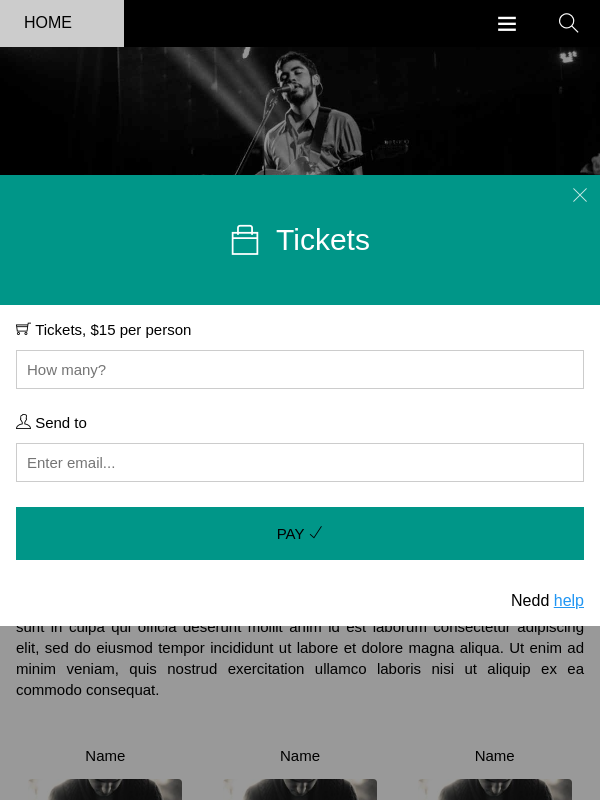
Repository: Thanhtrunghoang123/the-band
Page: index.html
The author's editor kept a copy of each file at every save. The page is drawn from the files as they stood at one save, then again after the next save.
The browser window is 600 px wide. The pictures show the window.
A layer covers the whole window, so only the first screen is drawn.

Above is the page before, as saved 2022-07-28 06:43:11.

### index.html
<!DOCTYPE html>
<html lang="en">
<head>
    <meta charset="UTF-8">
    <meta http-equiv="X-UA-Compatible" content="IE=edge">
    <meta name="viewport" content="width=device-width, initial-scale=1.0">
    <title>The Band</title>
    <link rel="icon" href="https://upload.wikimedia.org/wikipedia/commons/thumb/f/fb/Logo_of_Blackpink.svg/2560px-Logo_of_Blackpink.svg.png" type="image/x-icon" />
    <link rel="stylesheet" href="./assest/css/style.css">
    <link rel="stylesheet" href="./assest/css/responsive.css">
    <link rel="stylesheet" href="./assest/fonts/themify-icons/themify-icons.css">



</head>
<body>
    <div id="main">
        <div id="header">
            <!-- Begin: Nav -->
            <ul id="nav">
                <li><a href="#">Home</a></li>
                <li><a href="#band">Band</a></li>
                <li><a href="#tour">Tour</a></li>
                <li><a href="#contact">Contact</a></li>
                <li>
                    <a href="#">
                        More
                        <i class=" nav-arrow-down ti-angle-down"></i>

                    </a>
                    <ul class="subnav">
                        <li><a href="#">Merchandise</a></li>
                        <li><a href="#">Extras</a></li>
                        <li><a href="#">Media</a></li>
                    </ul>
                </li>
            </ul>
            <!-- End: Nav -->

            <!-- Begin: Search button -->
            <div class="search-btn">
                <i class=" search-icon ti-search"></i>
            </div>

            <div id="mobile-menu" class="mobile-menu-btn">
                <i class=" menu-icon ti-menu"></i>
            </div>
            <!-- End: Search button -->



        </div>

        <div id="slider">
            <div class="text-content">
                <h2 class="text-heading">Chicago</h2>
                <div class="text-description">Thank you, Chicago - A night we won't forget.</div>

            </div>
        </div>

        <div id="content">
            <!-- About section -->
            <div  id="band" class="content-section">
                <h2 class="section-heading">THE BAND</h2>
                <p class="section-sub-heading">We love music</p>
                <p class="about-text">We have created a fictional band website. Lorem ipsum dolor sit amet, consectetur adipiscing elit, sed do eiusmod tempor incididunt ut labore et dolore magna aliqua. Ut enim ad minim veniam, quis nostrud exercitation ullamco laboris nisi ut aliquip ex ea commodo consequat. Duis aute irure dolor in reprehenderit in voluptate velit esse cillum dolore eu fugiat nulla pariatur. Excepteur sint occaecat cupidatat non proident, sunt in culpa qui officia deserunt mollit anim id est laborum consectetur adipiscing elit, sed do eiusmod tempor incididunt ut labore et dolore magna aliqua. Ut enim ad minim veniam, quis nostrud exercitation ullamco laboris nisi ut aliquip ex ea commodo consequat.</p>
                <div class="row members-list">
                    <div class="text-center col col-third">
                        <p class="member-name">Name</p>
                        <img src="./assest/img/band/member1.jpg" alt="Name" class="member-img">
                    </div>
                    <div class="text-center col col-third">
                        <p class="member-name">Name</p>
                        <img src="./assest/img/band/member1.jpg" alt="Name" class="member-img">
                    </div>
                    <div class="text-center col col-third">
                        <p class="member-name">Name</p>
                        <img src="./assest/img/band/member1.jpg" alt="Name" class="member-img">
                    </div>
                    <div class="clear"></div>
                </div>
            </div>
            <!-- Tour section -->
            <div id="tour" class="tour-section">
                <div class="content-section">
                    <h2 class="section-heading text-white">TOUR DATES</h2>
                    <p class="section-sub-heading text-white">Remember to book your tickets!</p>

                    <!-- Tickets  -->
                    <ul class="tickets-list">
                        <li>September <span class="sold-out">Sold out</span></li>
                        <li>October <span class="sold-out">Sold out</span></li>
                        <li>November <span class="quantity">3</span></li>
                    </ul>
                    <!-- places -->
                    <div class=" row place-list">
                        <div class="col col-third">
                            <img src="./assest/img/places/place1.jpg" alt="img" class="place-img">
                            <div class="place-body">
                                <h3 class="place-heading">New York</h3>
                                <p class="place-time">Fri 27 Nov 2022</p>
                                <p class="place-desc">Praesent tincidunt sed tellus ut rutrum sed vitae justo.</p>
                                <button  class="btn js-buy-ticket">Buy Tickets</button>
                            </div>
                        </div>

                        <div class=" col col-third">
                            <img src="./assest/img/places/place2.jpg" alt="img" class="place-img">
                            <div class="place-body">
                                <h3 class="place-heading">Paris</h3>
                                <p class="place-time">Sat 28 Nov 2022</p>
                                <p class="place-desc">Praesent tincidunt sed tellus ut rutrum sed vitae justo.</p>
                                <button  class="btn js-buy-ticket">Buy Tickets</button>
                            </div>
                        </div>

                        <div class=" col col-third">
                            <img src="./assest/img/places/place3.jpg" alt="img" class="place-img">
                            <div class="place-body">
                                <h3 class="place-heading">San Francisco</h3>
                                <p class="place-time">Sun 29 Nov 2022</p>
                                <p class="place-desc">Praesent tincidunt sed tellus ut rutrum sed vitae justo.</p>
                                <button  class="btn js-buy-ticket">Buy Tickets</button>
                            </div>
                        </div>
                        <div class="clear"></div>
                    </div>
                </div>

            </div>
            <!-- Begin: Contact section -->
            <div id="contact" class="content-section">
                <h2 class="section-heading">CONTACT</h2>
                <p class="section-sub-heading">Fan? Drop a note!</p>

                <div class="row contact-content">
                    <div class="col col-half contact-info">
                        <p><i class="ti-location-pin"></i> Chicago, US</p>
                        <p><i class="ti-mobile"></i> +00 151515</p>
                        <p><i class="ti-email"></i> Email: mail@mail.com</p>
                    </div>

                    <div class="col col-half contact-form">
                        <form action="">
                            <div class="row">
                                <div class="col col-half">
                                    <input type="text" name="" placeholder="Name" required id="" class="form-control">
                                </div>

                                <div class="col col-half">
                                    <input type="email" name="" placeholder="Email" required id="" class="form-control">
                                </div>

                            </div>
                            <div class="row mt-8">
                                <div class="col col-full">
                                    <input type="text" name="" placeholder="Message" required class="form-control">
                                </div>
                            <input class=" pull-right btn mt-16" type="submit" value="Send">
                        </form>
                    </div>
                </div>
            </div>
        </div>
         <!-- End: Contact section -->,
         <div class="map-section">
            <img src="./assest/img/map/map.jpg" alt="Map">
        </div>
        <div id="footer">
            <div class="socials">
                <a href=""><i class="ti-facebook"></i></a>
                <a href=""><i class="ti-instagram"></i></a>
                <a href=""><i class="ti-github"></i></a>
                <a href=""><i class="ti-pinterest"></i></a>
                <a href=""><i class="ti-twitter-alt"></i></a>
                <a href=""><i class="ti-linkedin"></i></a>
            </div>

            <p class="copyright">Powered by<a href="https://www.w3schools.com/w3css/tryw3css_templates_band.htm">w3.css</a></p>

        </div>

        </div>
    </div>
    <div class="modal open js-modal">
        <div class="modal-container js-modal-container">
            <div class="modal-close js-modal-close">
                <i class="ti-close"></i>
            </div>

            <header class="modal-header">
                <i class=" modal-heading-icon ti-bag"></i>
                Tickets
            </header>

            <div class="modal-body">
                <label for="" class="modal-label">
                    <i class="ti-shopping-cart"></i>
                    Tickets, $15 per person
                </label>
                <input type="text" class="modal-input" placeholder="How many?">

                <label for="" class="modal-label">
                    <i class="ti-user"></i>
                    Send to
                </label>
                <input type="text" class="modal-input" placeholder="Enter email...">

                <button id="buy-tickets">
                    Pay <i class="ti-check"></i>

                </button>
            </div>

            <footer class="modal-footer">
                <p class="modal-help">Nedd <a href="">help</a></p>
            </footer>
        </div>
    </div>
    <script>
         // Tạo biến const trỏ vào element để thực hiện hành vi.
         const buyBtns = document.querySelectorAll ('.js-buy-ticket')
         const modal = document.querySelector('.modal')
         const modalContainer = document.querySelector('.js-modal-container')
         const modalClose = document.querySelector('.js-modal-close')

         function showBuyTickets() {
            // Hàm hiện thị mua vé (add class 'open' vào element được Modal trỏ vào.)
            modal.classList.add('open')
         }

         function hideBuyTickets() {
            // Hàm gỡ bỏ class=modal remove class 'open' vào element được ticketModal trỏ vào.
            modal.classList.remove('open')
         }

          // Vì có nhiều element cần kiểm tra event, nên dùng biến con buyBtn để duyệt các element class "buyBtns"
        //   lặp từng thẻ button  và nghe hành vi click
         for (const buyBtn of buyBtns) {
          // Duyệt qua mỗi element, lắng nghe event của người dùng và gọi đến hàm cần thực hiện.
          buyBtn.addEventListener('click', showBuyTickets)
         }

        //  Nghe hành vi click vào nút button close
         modalClose.addEventListener('click', hideBuyTickets)

         modal.addEventListener('click' ,hideBuyTickets)

         modalContainer.addEventListener('click',function(event) {
            event.stopPropagation()
        })
    </script>

    <script>
        var header = document.getElementById('header');
        var mobileMenu = document.getElementById('mobile-menu');
        var headerHeight = header.clientHeight;
    // dong mo mobile menu
    mobileMenu.onclick = function() {
        var isClosed = header.clientHeight == headerHeight ;
        if (isClosed) {
            header.style.height = 'auto' ;
        } else {
            header.style.height = null ;
        }
    }

    //Tự động đóng khi chọn menu
    var menuItems = document.querySelectorAll('#nav li a[href*="#"]');
    for( var i=0 ; i<menuItems.length ; i++) {
        var menuItem = menuItems[i];

        menuItem.onclick = function () {
            header.style.height = null ;

        }

    }



    </script>
</body>
</html>

### assest/css/style.css
*{
    margin: 0;
    padding: 0;
    box-sizing: border-box;
}

html{
    scroll-behavior: smooth;
    font-family: Arial, Helvetica, sans-serif;
}

.text-white{
    color: #fff !important;
}


.clear{
    clear: both;
}

.text-center {
    text-align: center !important;
}

.btn{
    color: #fff;
    background-color: #000;
    text-decoration: none;
    padding: 11px 16px;
    display: inline-block;
    margin-top: 15px;
    border:none;
}

.pull-right {
    float:right !important;
}

.btn:hover{
    cursor: pointer;
    color: #000;
    background-color: #ccc;
}

.row{
    margin-left: -8px;
    margin-right: -8px;
}

.row::after {
    content: "";
    display: block;
    clear: both;
}

.col {
    float: left;
    padding-right: 8px;
    padding-left: 8px;
}

.col-full{
    width: 100%;
}

.col-half {
    width: 50%;
}

.col-third {
    width: calc(100%/3);
}

.mt-8 {
    margin-top: 8px !important;
}

.mt-16{
    margin-top: 16px !important;
}
#main{

}

#header{
    height: 46.5px;
    background-color: #000;
    position: fixed;
    top: 0;
    left: 0;
    right: 0;
    z-index: 1;
    overflow:hidden;
}
#nav {
    display: inline-block;
}
#nav , .subnav{
    list-style: none;
}
#nav > li{
    display: inline-block;
}

#nav li{
    position: relative;
}

#nav > li > a {
    color: #fff;
    text-transform: uppercase;
}
#nav li a{
    text-decoration: none;
    line-height: 46.5px;
    padding: 0px 24px;
    display: block;
}

#nav li:hover .subnav{
    display: block;
}
#nav > li:hover > a,
#nav .subnav li:hover a{
    color: #000;
    background-color: #ccc;
}

#nav .subnav{
    display: none;
    position: absolute;
    top: 100%;
    background-color: #fff;
    box-shadow: 0 0 10px rgba(0 , 0 , 0 ,0.3);
}
#nav .subnav a{
    color: #000;
    min-width: 160px;
    padding:  0px 12px;
    line-height: 38.5px;
}
#nav .nav-arrow-down{
    font-size: 14px;
}

#header .mobile-menu-btn,
#header .search-btn{
    float:right;
    padding: 0 21px;
}

#header .search-btn:hover {
    background-color: #f44336;
    cursor: pointer;
}

#header .mobile-menu-btn:hover {
   background-color:#ccc ;
}

#header .mobile-menu-btn:hover .menu-icon {
    color:#000;
 }


#header .menu-icon ,
#header .search-icon {
    color: #fff;
    font-size: 20px;
    line-height: 46.5px;
}

#slider{
    position: relative;
    margin-top: 46px;
    padding-top:50%;
    background: url(/assest/img/slider/chicago.jpg) top center /cover no-repeat;
}

#slider .text-content{
    position: absolute;
    bottom: 0;
    color: #fff;
    /* cách căn giữa 1 */
    /* left: 50%;
    transform: translateX(-50%); */
    /* Cách căn giữa 2 */
    width: 100%;
    text-align: center;
}

#slider .text-heading{
    font-weight: 500 ;
    font-size: 24px;
}

#slider .text-description{
    font-size: 15px;
    margin-top: 25px;
}

#content{

}

#content .content-section{
    width: 800px;
    max-width: 100%;
    margin-left: auto;
    margin-right: auto;
    padding: 64px 0 112px;
    padding-left: 16px;
    padding-right: 16px;
}

#content .section-heading{
    font-size: 30px;
    font-weight: 500;
    text-align: center;
    letter-spacing:  4px;
}

#content .section-sub-heading{
    font-size: 15px;
    text-align: center;
    margin-top: 25px;
    font-style: italic;
    opacity: 0.6;

}

#content .about-text{
    font-size: 15px;
    margin-top: 25px;
    text-align: justify;
    line-height: 1.4;

}

#content .members-list{
    margin-top: 47px;
    /* display: flex; */
    overflow: hidden;
}



#content .member-name{
    font-size: 15px;
}

#content .member-img{
    width: 154px;
    margin-top: 15px;
    border-radius: 4px;
}
/* Tour section  */
.tour-section{
    background-color: #000;
}

.tickets-list{
    background-color: #fff;
    margin-top: 40px;
}

.tickets-list li {
    color: #757575;
    font-size: 15px;
    padding: 11px 16px;
    border-bottom: 1px solid #ddd;
    list-style: none;
}

.tickets-list .sold-out{
    background-color: #f44336;
    color: #fff ;
    padding: 3px 4px;
    margin-left: 16px;
}

.tickets-list .quantity{
    float: right;
    width: 24px;
    height: 24px;
    background-color: #000;
    color: #fff;
    border-radius: 50%;
    text-align: center;
    line-height: 24px;
    margin-top: -3px;

}
/* Places */
.place-list{
    margin-top: 32px;

}


.place-img{
    width: 100%;
    display: block;
}

.place-img:hover{
    opacity: 0.6;
}

.place-body{
    padding: 16px;
    font-size: 15px;
    background-color: #fff;
}

.place-heading{
    font-size: 15px;
    font-weight: 600;

}

.place-time{
    margin-top: 15px;
    color: #757575;
}

.place-desc{
    margin-top: 15px;
    line-height: 1.4;
}



/* Contact Form */
.contact-content {
    margin-top: 48px;
}

.contact-info {
    font-size: 18px;
}

.contact-info i [class*="ti-"] {
    width: 30px;
    display: inline-block;
    line-height: 1.5;
}

.contact-form {
    font-size: 15px;
}

.contact-form .form-control {
    padding: 10px;
    border: 1px solid #ccc;
    width: 100%;
    display: block;
}
/* Map-section */
.map-section img {
    width: 100%;
}





#footer{
    padding: 64px 16px;
    text-align: center;
}

#footer .socials {
    font-size: 24px;
}

#footer .socials a {
    color: rgba(0 ,0, 0, 0.6);
    text-decoration: none;
}

#footer .socials a:hover {
    color: rgba(0 ,0, 0, 0.3);
}

#footer .copyright  {
    font-size: 15px;
    color: rgba(0 ,0, 0, 0.3);
    margin-top: 15px;

}

#footer .copyright a {

    color: rgba(0 ,0, 0, 0.3);
    text-decoration: none;
}




@keyframes modalFadeIn {
    from{
        opacity: 0;
        transform: translateY(-100px);
    }

    to{
        opacity: 1;
        transform: translateY( 0px);
    }
}
.modal.js-modal.open{
    display: flex;
    }

.modal{
    position: fixed;
    top: 0;
    bottom: 0;
    right: 0;
    left: 0;
    background: rgba(0, 0 ,0 ,0.4);
    align-items: center;
    justify-content: center;
    display: none;
}

.modal-container {
    background: #fff ;
    width: 900px;
    max-width: calc(100%-32px);
    min-height: 200px;
    position: relative;
    animation: modalFadeIn ease 0.5s;


}

.modal-header{
    color: #fff;
    background-color: #009688;
    height: 130px;
    font-size: 30px;
    display: flex;
    align-items: center;
    justify-content: center;
}

.modal-heading-icon{
    padding-right: 16px;
}

.modal-close{
    position: absolute;
    right: 0;
    top: 0;
    color: #fff;
    padding: 12px;
    cursor: pointer;
    opacity: 0.8;
}

.modal-close:hover {
    opacity: 1;
    background-color: #ccc;
}

.modal-body {
    padding: 16px;
}

.modal-label{
    display: block;
    font-size: 15px;
   margin-bottom: 12px;
}

.modal-input{
    border: 1px solid #ccc;
    width: 100%;
    font-size: 15px;
    padding: 10px;
    margin-bottom: 25px;
}

#buy-tickets {
    background: #009688;
    font-size: 15px;
    border: none;
    width: 100%;
    text-transform: uppercase;
    padding: 18px;
    cursor: pointer;
}

#buy-tickets:hover {
    opacity: 0.9;
}

.modal-footer{
    padding: 16px;
    text-align: right;
}

.modal-footer a {
    color:#2196F3;
}

### assest/css/responsive.css
/* PC */
@media(min-width:124px ) {

}

/* Tablet */
@media(max-width:720px) and (max-width:1023px) {

}

/* mobile */
@media (max-width: 739px) {

    /* #nav{
        display: block;
    } */
    #nav>li {
        display:block;

    }

    #nav li a{
        display:block;
        width: 100%;

    }




}

Loaded but not shown: assest/fonts/themify-icons/themify-icons.css (common file)

After the next save:
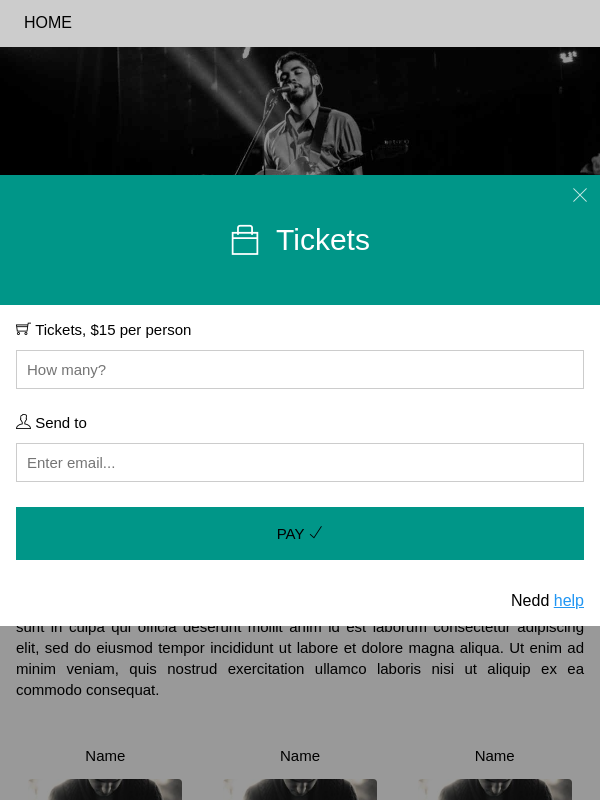
Saved 29 s later.
--- a/assest/css/responsive.css
+++ b/assest/css/responsive.css
@@ -8,24 +8,20 @@
 
 }
 
-/* mobile */
-@media (max-width: 739px) {
-
-    /* #nav{
+/* Mobile */
+@media(max-width:740px) {
+    #nav {
         display: block;
-    } */
-    #nav>li {
-        display:block;
-
     }
 
-    #nav li a{
-        display:block;
-        width: 100%;
+    #nav > li {
+        display: block;
+    }
 
+    #header .search-btn{
+        display: none;
     }
 
 
 
-
 }

After the save that followed:
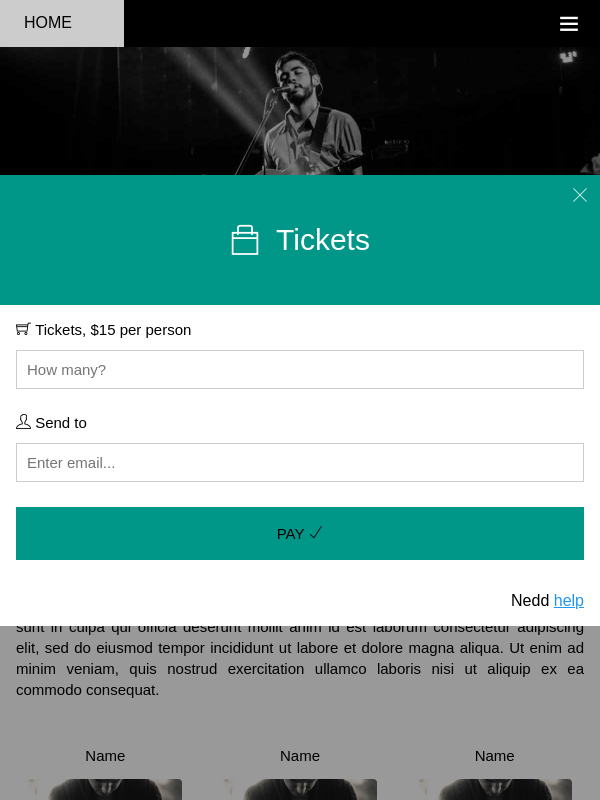
Saved 7 s later.
--- a/assest/css/responsive.css
+++ b/assest/css/responsive.css
@@ -10,9 +10,9 @@
 
 /* Mobile */
 @media(max-width:740px) {
-    #nav {
+    /* #nav {
         display: block;
-    }
+    } */
 
     #nav > li {
         display: block;
